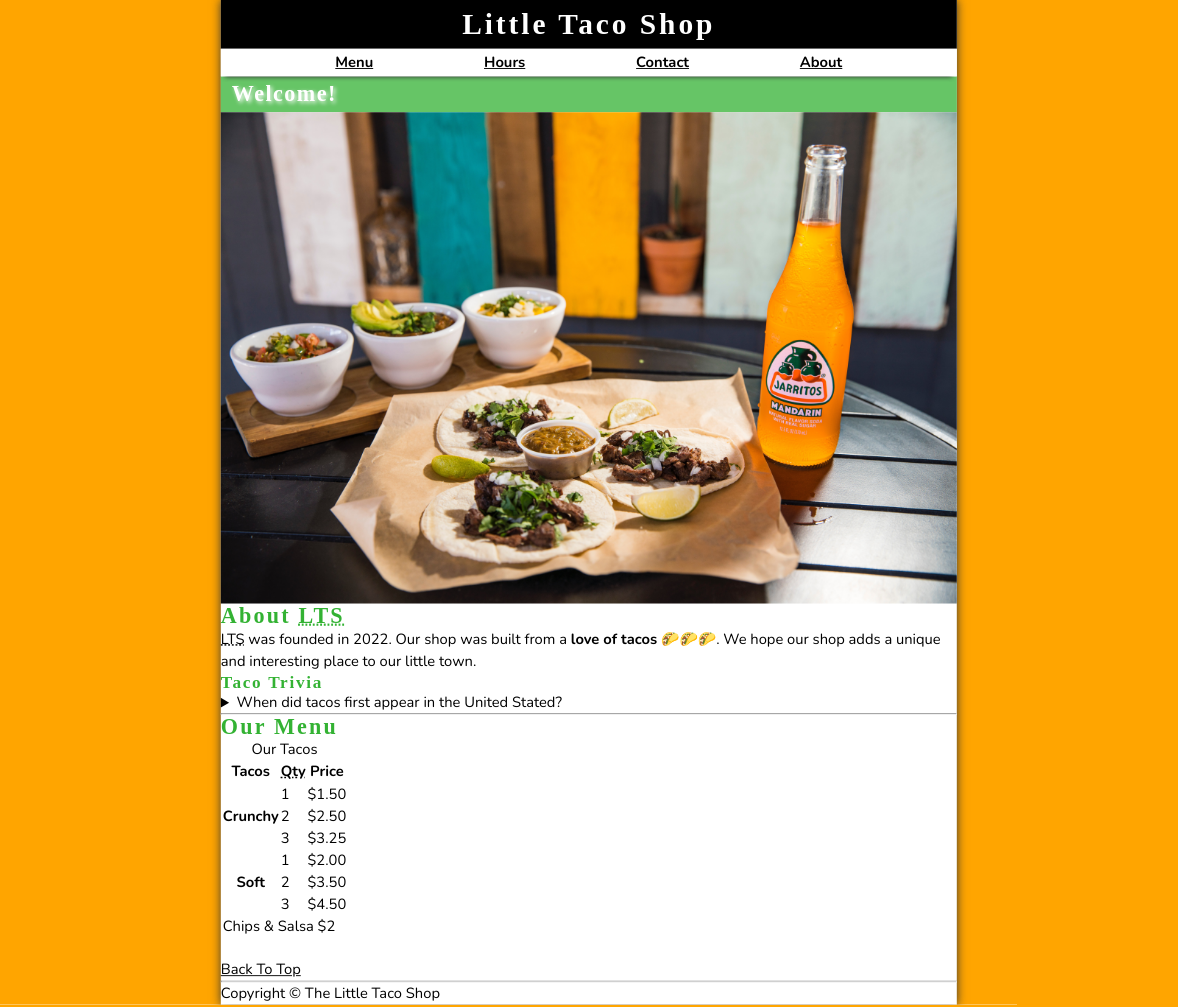
Repository: nabieusuma/Little-taco-shop
Page: index.html
An editor plug-in stored every save of this project. The page is shown before and after a run of saves, followed by the edit.
The browser window is 1280 px wide. The pictures show the whole page, at 92% of full size.
Some web fonts or font styles are not loaded; a fallback is used.

Above is the page before, as saved 2026-05-06 14:04:21.

### index.html
<!doctype html>
<html lang="en">
  <head>
    <meta charset="UTF-8" />
    <meta name="viewport" content="width=device-width, initial-scale=1.0" />
    <meta name="author" content="Nabieu suma" />
    <meta
      name="description"
      content="The official website for The Little Taco Shop"
    />
    <title>The Little Taco Shop</title>
    <link rel="icon" href="favicon.ico" type="image/x-icon" />
    <link rel="stylesheet" href="style.css" />
  </head>

  <body>
    <header class="header">
      <h1 class="header__h1"> Little Taco Shop</h1>
      <nav class="header__nav">
        <ul class="header__ul">
          <li>
            <a href="#menu"> Menu</a>
          </li>
          <li>
            <a href="hours.html"> Hours</a>
          </li>
          <li>
            <a href="contact.html">Contact</a>
          </li>

          <li>
            <a href="about.html">About</a>
          </li>
        </ul>
      </nav>
    </header>

    <section class="hero">
      <h2 class="hero__h2">Welcome!</h2>
      <figure>
        <img
          src="./Images/tacos_and_drink_1000x667.png"
          alt="Tacos and a Drink"
          title="We love tacos!"
          width="1000"
          height="667"
        />
        <figcaption class="offscreen">Tacos and a Drink</figcaption>
      </figure>
    </section>
    <main>
      <article id="about">
        <h2>About <abbr title="The Little Taco Shop">LTS</abbr></h2>
        <p>
          <abbr title="The Little Taco Shop">LTS</abbr> was founded in
          <time datetime="2022">2022</time>. Our shop was built from a
          <strong>love of tacos</strong> 🌮🌮🌮. We hope our shop adds a unique
          and interesting place to our little town.
        </p>
        <aside>
          <h3>Taco Trivia</h3>
          <details>
            <summary>When did tacos first appear in the United Stated?</summary>
            <p>
              Jeffrey M. Pilcher, taco historian and professor of history at the
              University of Minnesota, says the earliest mention of tacos in the
              United States are in a newspaper from
              <time datetime="1905">1905</time>. (Source:
              <cite
                ><a
                  href="https://www.smithsonianmag.com/arts-culture/where-did-the-taco-come-from-81228162/"
                  target="_blank"
                  >Smithsonian Magazine</a
                ></cite
              >)
            </p>
          </details>
        </aside>
      </article>
      <hr />
      <article id="menu">
        <h2>Our Menu</h2>
        <table>
          <caption>
            Our Tacos
          </caption>
          <thead>
            <tr>
              <th>Tacos</th>
              <th scope="col"><abbr title="Quantity">Qty</abbr></th>
              <th scope="col">Price</th>
            </tr>
          </thead>
          <tbody>
            <tr>
              <th scope="row" rowspan="3">Crunchy</th>
              <td>1</td>
              <td>$1.50</td>
            </tr>
            <tr>
              <td>2</td>
              <td>$2.50</td>
            </tr>
            <tr>
              <td>3</td>
              <td>$3.25</td>
            </tr>
            <tr>
              <th scope="row" rowspan="3">Soft</th>
              <td>1</td>
              <td>$2.00</td>
            </tr>
            <tr>
              <td>2</td>
              <td>$3.50</td>
            </tr>
            <tr>
              <td>3</td>
              <td>$4.50</td>
            </tr>
          </tbody>
          <tfoot>
            <tr>
              <td colspan="3">Chips &amp; Salsa $2</td>
            </tr>
          </tfoot>
        </table>
        <br />
        <p>
          <a href="#">Back To Top</a>
        </p>
      </article>
    </main>
    <hr />
    <footer>
      <p>Copyright &copy; The Little Taco Shop</p>
    </footer>
  </body>
</html>

### style.css
@import url("https://fonts.googleapis.com/css2?family=Fraunces:ital,opsz,wght@0,9..144,100..900;1,9..144,100..900&family=Hanken+Grotesk:ital,wght@0,100..900;1,100..900&family=Kumbh+Sans:wght,YOPQ@100..900,300&family=Montserrat:ital,wght@0,100..900;1,100..900&family=Nunito:ital,wght@0,200..1000;1,200..1000&family=Outfit:wght@100..900&family=Red+Hat+Display:ital,wght@0,300..900;1,300..900&family=Roboto:ital,wght@0,100..900;1,100..900&family=Work+Sans:ital,wght@0,100..900;1,100..900&display=swap");

@import url("https://fonts.googleapis.com/css2?family=Fraunces:ital,opsz,wght@0,9..144,100..900;1,9..144,100..900&family=Fugaz+One&family=Hanken+Grotesk:ital,wght@0,100..900;1,100..900&family=Kumbh+Sans:wght,YOPQ@100..900,300&family=Montserrat:ital,wght@0,100..900;1,100..900&family=Nunito:ital,wght@0,200..1000;1,200..1000&family=Outfit:wght@100..900&family=Red+Hat+Display:ital,wght@0,300..900;1,300..900&family=Roboto:ital,wght@0,100..900;1,100..900&family=Work+Sans:ital,wght@0,100..900;1,100..900&display=swap");

*,
*::before,
*::after {
  padding: 0;
  margin: 0;
  box-sizing: border-box;
}

img {
  display: block;
  max-width: 100%;
  height: auto;
}

input,
button,
textarea {
  font: inherit;
}

/* || VARIABLES */
:root {
  /* Fonts */
  --FF: "Nunito", sans-serif;
  --FF--HEADINGS: "Fugaz One", cursive;
  --FS: clamp(1rem, 2.2vh, 1.5rem);

  /* COLORS*/
  --BGCOLOR: orange;
  --BGCOLOR-FADE: rgb(252, 220, 160);
  --BGIMAGE: linear-gradiant(
    to buttom,
    var(var(var(--BGCOLOR), var(var(--BGCOLOR-FADE))))
  );
  --BODY-BGCOLOR: #fff;
  --FONT-COLOR: #000;
  --BORDER-COLOR: #333;
  --HEIGHLIGHT-COLOR: rgb(51, 178, 51);
  --LINKCOLOR: #000;
  --LINK-HOVER: hsla(0, 0%, 0%, 0.6);
  --LINK-ACTIVE: orange;
  --HEADER-BGCOLOR: #000;
  --HEADER-COLOR: #fff;
  --NAV-BAGCOLOR: #fff;
  --HERO-BGCOLOR: rgba(51, 178, 51, 0.75);
  --HERO-COLOR: #fff;

  /* BORDERS */
  --BORDERS: 1px solid var(var(--BORDER-COLOR));

  /* STANDARD PADDING */
  --PADDING-TB: 0.25em;
  --PADDING-SIDE: 2.5%;

  /* STANDARD MARGIN */
  --MARGIN: clamp(1em, 2.5vh, 1.5em) 0;
}

/* || UTILITY CLASS */
.offscreen {
  position: absolute;
  left: -10000px;
}

.nowrap {
  white-space: nowrap;
}

.center {
  text-align: center;
}

/*
  GENERAL STYLE
*/
html {
  scroll-behavior: smooth;
  font-size: var(--FS);
  font-family: var(--FF);
  background-color: var(--BGCOLOR);
  background-image: var(--BGIMAGE);
}

body {
  background-color: var(--BODY-BGCOLOR);
  color: var(--FONT-COLOR);
  min-height: 100vh;
  max-width: 800px;
  margin: 0 auto;
  border-left: var(--BORDERS);
  border-right: var(--BORDERS);
  box-shadow: 0 0 10px var(--BORDER-COLOR);
}

h1,
h2,
h3 {
  font-family: var(--FF--HEADINGS);
  letter-spacing: 0.1em;
}

h2,
h3 {
  color: var(--HEIGHLIGHT-COLOR);
}

p {
  line-height: 1.5;
}

a:any-link {
  color: var(--LINKCOLOR);
}

a:hover,
a:focus-visible {
  color: var(--LINK-HOVER);
}

a:active {
  color: var(--LINK-ACTIVE);
}

/* HEADER */
.header {
  position: sticky;
  top: 0;
  z-index: 1;
}

.header__h1 {
  text-align: center;
  background-color: var(--HEADER-BGCOLOR);
  color: var(--HEADER-COLOR);
  padding: var(--PADDING-TB) var(--PADDING-SIDE);
}

.header__nav {
  background-color: var(--NAV-BAGCOLOR);
  border-bottom: var(--BORDERS);
  font-weight: bold;
  box-shadow: 0 6px 5px -5px var(--BORDER-COLOR);
}

.header__ul {
  padding: var(--PADDING-TB) var(--PADDING-SIDE);
  list-style-type: none;
  display: flex;
  justify-content: space-evenly;
  gap: 1rem;
}

.hero {
  position: relative;
}

.hero__h2 {
  background-color: var(--HERO-BGCOLOR);
  color: var(--HERO-COLOR);
  padding: 0.25em 0.5em;
  letter-spacing: 0.1rem;
  text-shadow: 2px 2px 5px ;
}

After the next 4 saves:
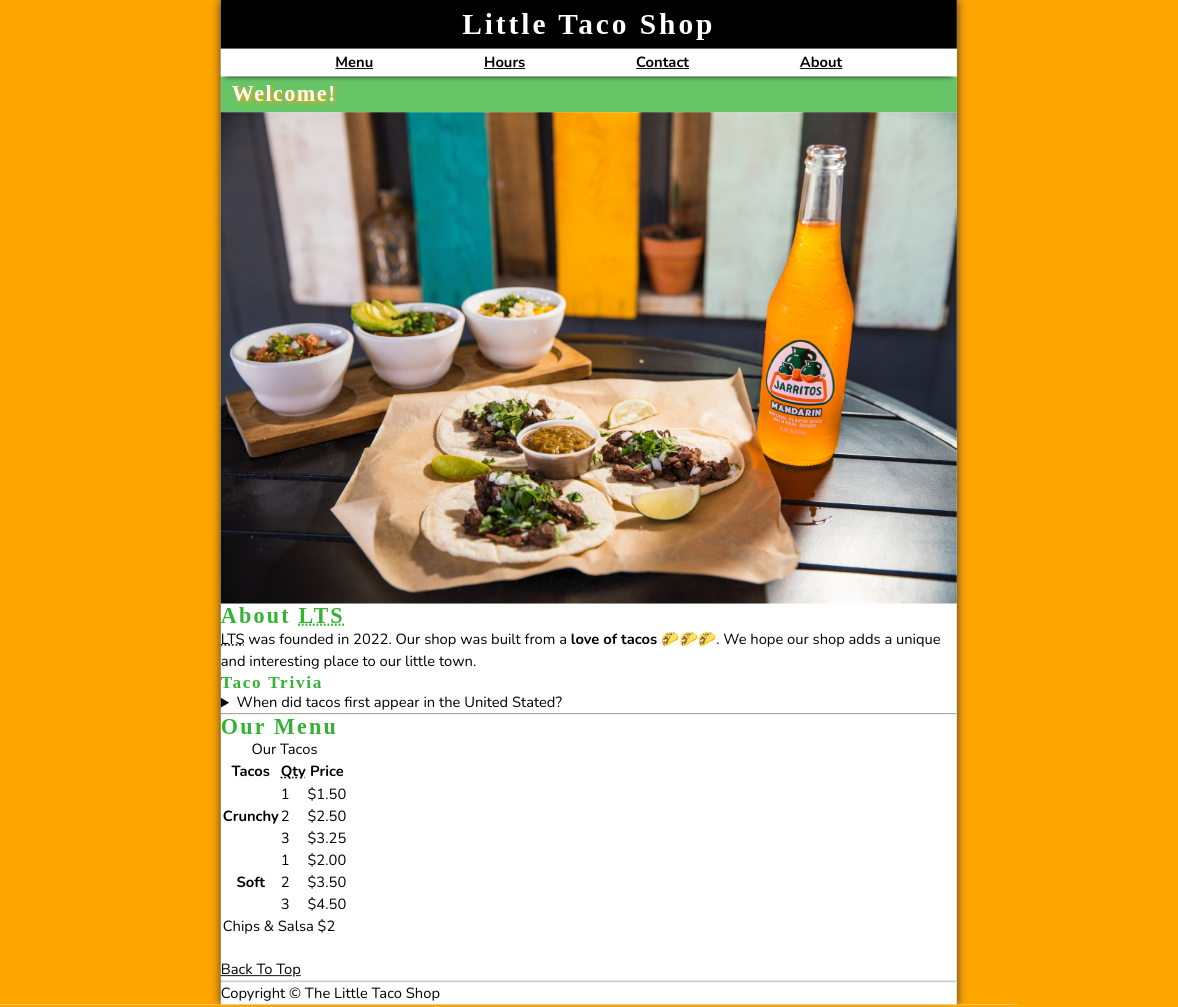
The 4 saves are shown as one change because they came seconds apart.
The last was saved 12 s later.
--- a/style.css
+++ b/style.css
@@ -163,5 +163,5 @@
   color: var(--HERO-COLOR);
   padding: 0.25em 0.5em;
   letter-spacing: 0.1rem;
-  text-shadow: 2px 2px 5px ;
+  text-shadow: 2px 2px 5px var(--BGCOLOR);
 }
